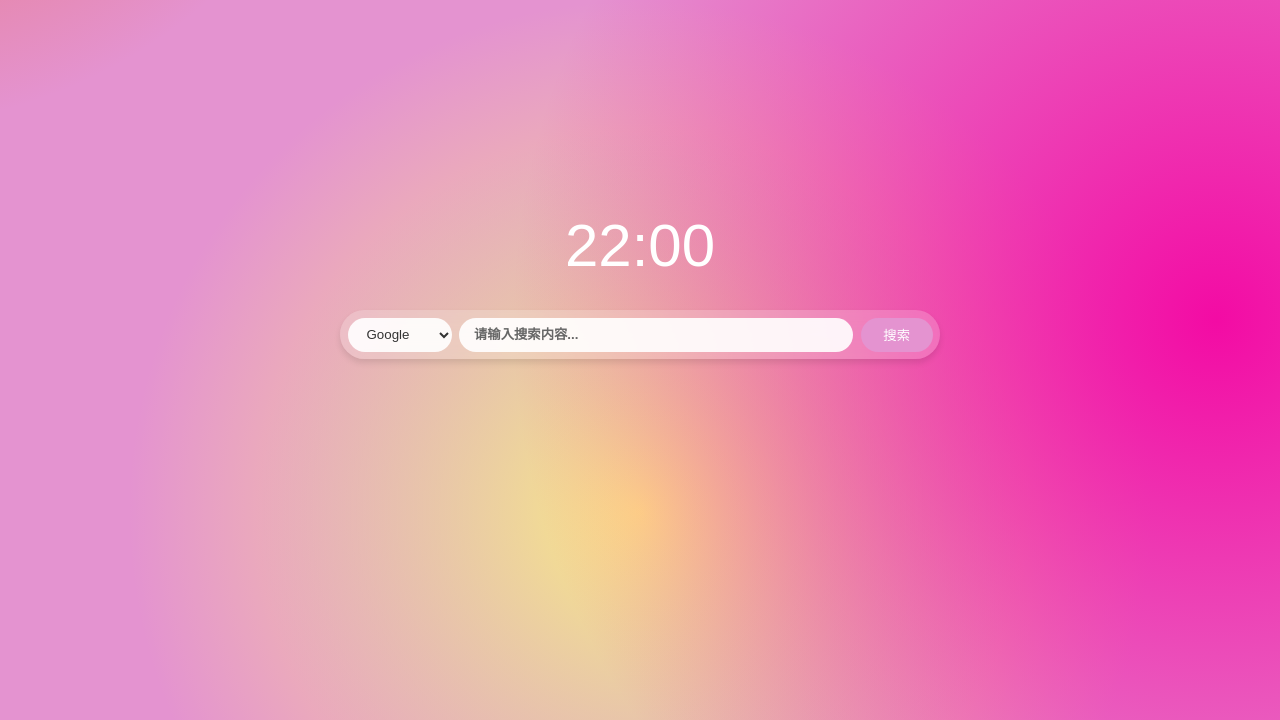
Repository: RADEKWRLD/NaviR
Page: index.html
These files come from the project's save history. The page is drawn as it stood at one moment and after the next save; the edit follows.
The browser window is 1280 px wide. The pictures show the whole page.

Above is the page before, as saved 2025-05-23 22:21:07.

### index.html
<!DOCTYPE html>
<html lang="en">
<head>
    <meta charset="UTF-8">
    <meta name="viewport" content="width=device-width, initial-scale=1.0">
    <title>Document</title>
    <link rel="stylesheet" href="style.css">
</head>
<body>
    <div id="main">
        <div id="clock"><span>00:00</span></div>

        <div class="search-container">
            <form id="search-form">
                <select id="search-engine" class="search-engine">
                </select>
                <input type="text" id="search-input" placeholder="请输入搜索内容...">
                <button type="submit">搜索</button>
            </form>
        </div>
    </div>




    <script src="main/script.js"></script>
</body>
</html>

### style.css
:root {
    font-size: 15px;
}

body {
    font-family: 'Quicksand', sans-serif;
    margin: 0;
    min-height: 100vh;
    background-color: #e493d0;
    background-image:
        radial-gradient(closest-side, rgba(235, 105, 78, 1), rgba(235, 105, 78, 0)),
        radial-gradient(closest-side, rgba(243, 11, 164, 1), rgba(243, 11, 164, 0)),
        radial-gradient(closest-side, rgba(254, 234, 131, 1), rgba(254, 234, 131, 0)),
        radial-gradient(closest-side, rgba(170, 142, 245, 1), rgba(170, 142, 245, 0)),
        radial-gradient(closest-side, rgba(248, 192, 147, 1), rgba(248, 192, 147, 0));
    background-size:
        130vmax 130vmax,
        80vmax 80vmax,
        90vmax 90vmax,
        110vmax 110vmax,
        90vmax 90vmax;
    background-position:
        -80vmax -80vmax,
        60vmax -30vmax,
        10vmax 10vmax,
        -30vmax -10vmax,
        50vmax 50vmax;
    background-repeat: no-repeat;
    animation: 10s movement linear infinite;
}

@keyframes movement {
    0%, 100% {
        background-size:
            130vmax 130vmax,
            80vmax 80vmax,
            90vmax 90vmax,
            110vmax 110vmax,
            90vmax 90vmax;
        background-position:
            -80vmax -80vmax,
            60vmax -30vmax,
            10vmax 10vmax,
            -30vmax -10vmax,
            50vmax 50vmax;
    }
    25% {
        background-size:
            100vmax 100vmax,
            90vmax 90vmax,
            100vmax 100vmax,
            90vmax 90vmax,
            60vmax 60vmax;
        background-position:
            -60vmax -90vmax,
            50vmax -40vmax,
            0vmax -20vmax,
            -40vmax -20vmax,
            40vmax 60vmax;
    }
    50% {
        background-size:
            80vmax 80vmax,
            110vmax 110vmax,
            80vmax 80vmax,
            60vmax 60vmax,
            80vmax 80vmax;
        background-position:
            -50vmax -70vmax,
            40vmax -30vmax,
            10vmax 0vmax,
            20vmax 10vmax,
            30vmax 70vmax;
    }
    75% {
        background-size:
            90vmax 90vmax,
            90vmax 90vmax,
            100vmax 100vmax,
            90vmax 90vmax,
            70vmax 70vmax;
        background-position:
            -50vmax -40vmax,
            50vmax -30vmax,
            20vmax 0vmax,
            -10vmax 10vmax,
            40vmax 60vmax;
    }
}

#main{
    transition: all 0.3s ease;
    transform: translateY(-5rem);
    display: flex;
    flex-direction: column;
    align-items: center;
    justify-content: center;
    height: 100vh;
}

#clock{
    font-size: 4rem;
    color: #fff;
}

.search-container {
    margin-top: 2rem;
    width: 100%;
    max-width: 600px;
    padding: 0 1rem;
}

#search-form {
    display: flex;
    gap: 0.5rem;
    background: rgba(255, 255, 255, 0.2);
    padding: 0.5rem;
    border-radius: 50px;
    backdrop-filter: blur(10px);
    box-shadow: 0 4px 6px rgba(0, 0, 0, 0.1);
}

.search-engine {
    padding: 0.5rem 1rem;
    border: none;
    border-radius: 25px;
    background: rgba(255, 255, 255, 0.9);
    color: #333;
    font-family: 'Quicksand', sans-serif;
    cursor: pointer;
    outline: none;
}

#search-input {
    flex: 1;
    padding: 0.5rem 1rem;
    border: none;
    border-radius: 25px;
    background: rgba(255, 255, 255, 0.9);
    color: #333;
    font-family: 'Quicksand', sans-serif;
    outline: none;
}

#search-input::placeholder {
    color: #666;
    font-weight: bolder;
}

#search-form button {
    padding: 0.5rem 1.5rem;
    border: none;
    border-radius: 25px;
    background: #e493d0;
    color: white;
    font-family: 'Quicksand', sans-serif;
    cursor: pointer;
    transition: background-color 0.3s ease;
}

#search-form button:hover {
    background: #d17dbd;
}

### main/script.js
//更新时间
function updateTime() {
    const now = new Date();
    const hours = String(now.getHours()).padStart(2, '0');
    const minutes = String(now.getMinutes()).padStart(2, '0');
    const timeString = `${hours}:${minutes}`;
    document.getElementById('clock').textContent = timeString;
}

// 搜索引擎配置
const searchEngines = {
    google: {
        name: 'Google',
        url: 'https://www.google.com/search?q='
    },
    bing: {
        name: 'Bing',
        url: 'https://www.bing.com/search?q='
    },
    baidu: {
        name: '百度',
        url: 'https://www.baidu.com/s?wd='
    },
    bingcn: {
        name: '必应中国',
        url: 'https://cn.bing.com/search?q='
    },
    github: {
        name: 'GitHub',
        url: 'https://github.com/search?q='
    },
    zhihu: {
        name: '知乎',
        url: 'https://www.zhihu.com/search?q='
    }
};

// 初始化搜索功能
function initSearch() {
    const searchForm = document.getElementById('search-form');
    const searchInput = document.getElementById('search-input');
    const searchEngine = document.getElementById('search-engine');

    // 动态添加搜索引擎选项
    for (const [key, engine] of Object.entries(searchEngines)) {
        const option = document.createElement('option');
        option.value = key;
        option.textContent = engine.name;
        searchEngine.appendChild(option);
    }

    searchForm.addEventListener('submit', function(e) {
        e.preventDefault();
        const searchTerm = searchInput.value.trim();
        if (searchTerm) {
            const engine = searchEngine.value;
            const searchUrl = searchEngines[engine].url + encodeURIComponent(searchTerm);
            window.location.href = searchUrl;
        }
    });
}





function init() {
    updateTime();
    setInterval(updateTime, 1000);
    // 搜索框事件监听
    initSearch();
}
init();

After the next save:
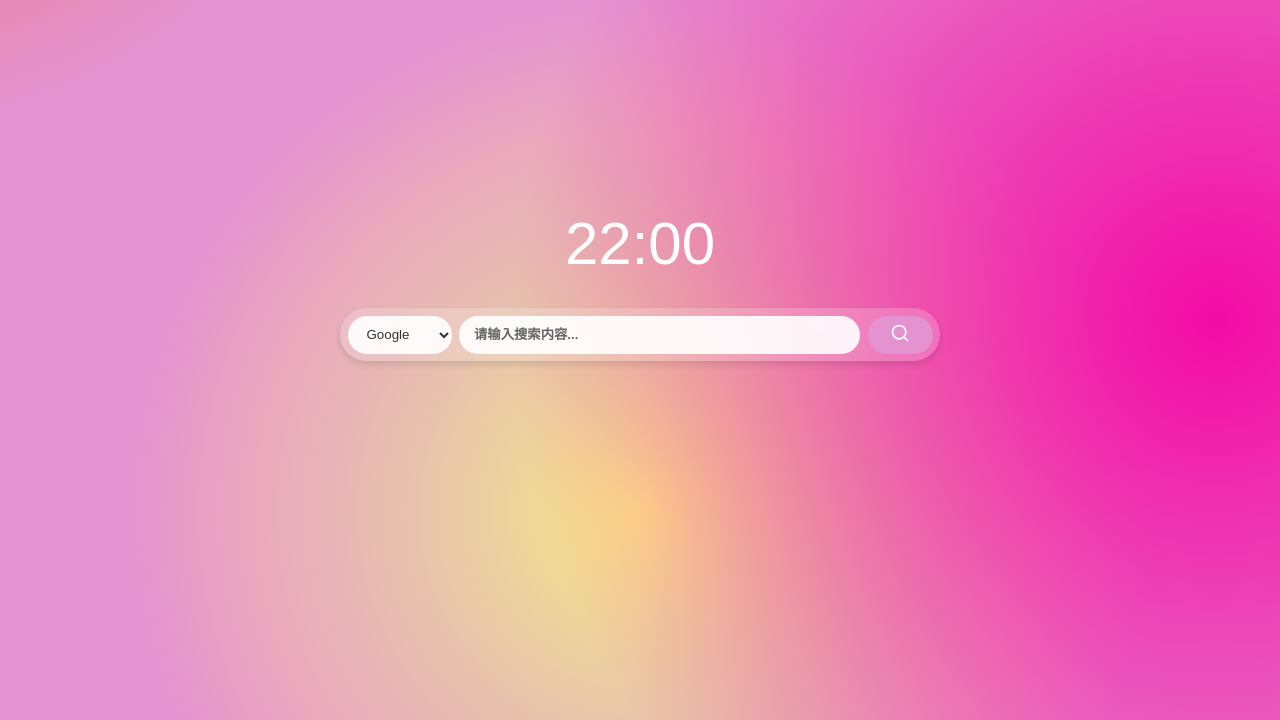
Saved 27 s later.
--- a/index.html
+++ b/index.html
@@ -15,7 +15,12 @@
                 <select id="search-engine" class="search-engine">
                 </select>
                 <input type="text" id="search-input" placeholder="请输入搜索内容...">
-                <button type="submit">搜索</button>
+                <button type="submit" class="search-icon">
+                    <svg xmlns="http://www.w3.org/2000/svg" width="20" height="20" viewBox="0 0 24 24" fill="none" stroke="currentColor" stroke-width="2" stroke-linecap="round" stroke-linejoin="round">
+                        <circle cx="11" cy="11" r="8"></circle>
+                        <line x1="21" y1="21" x2="16.65" y2="16.65"></line>
+                    </svg>
+                </button>
             </form>
         </div>
     </div>
